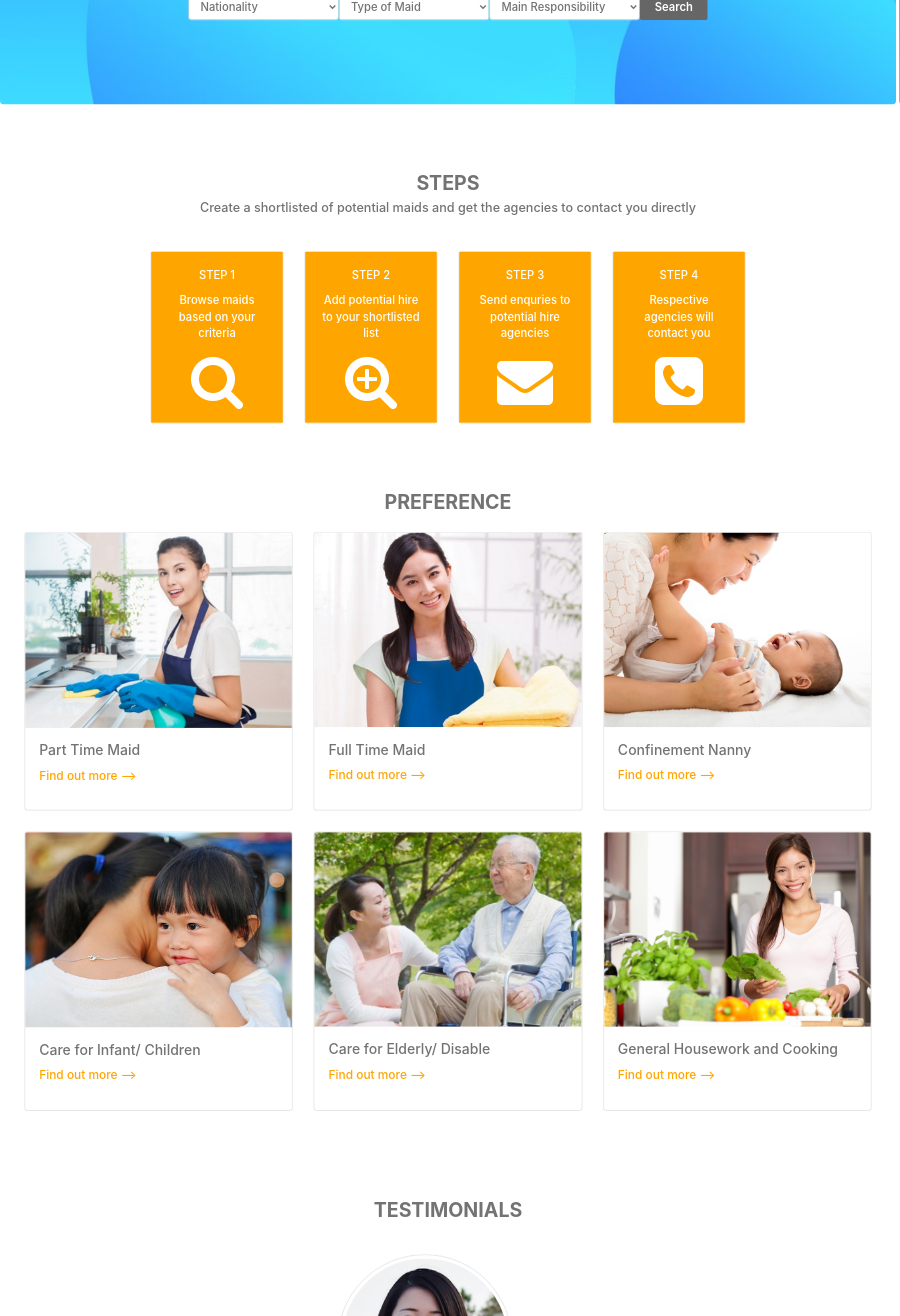
Repository: Code-Institute-Submissions/Project-1---Online-Maid
Page: testimonial.html
The author's editor kept a record of every edit. The page is drawn from the files as they stood at one moment, then again after the next edit.
The browser window is 1280 px wide. The page is 1285 px wide, so the pictures cover 1285 px, including what lies to the right of the window. The pictures show the part of the page from y = 387 to 2267 px (the page is 3351 px tall before and 3411 px after), at 70% of full size.
Some web libraries are served in a nearby version.

Above is the page before.

### testimonial.html
<!DOCTYPE html>
<html lang="en">
<head>
    <meta charset="UTF-8">
    <meta name="viewport" content="width=device-width, initial-scale=1.0">
    <meta http-equiv="X-UA-Compatible" content="ie=edge">
    <link href="https://fonts.googleapis.com/css?family=Roboto:400,700|Open+Sans" rel="stylesheet">
    <link rel="stylesheet" href="https://stackpath.bootstrapcdn.com/bootstrap/4.3.1/css/bootstrap.min.css" type="text/css" />
    <link rel="stylesheet" href="https://stackpath.bootstrapcdn.com/font-awesome/4.7.0/css/font-awesome.min.css" type="text/css" />
    <link rel="stylesheet" href="https://cdnjs.cloudflare.com/ajax/libs/hover.css/2.1.1/css/hover-min.css" type="text/css" />
    <link rel="stylesheet" href="style.css" type="text/css" />
    <title>Online Maid</title>
</head>

<body>

<header>
  <nav class="navbar navbar-expand-lg navbar-light bg-white">
  <a class="navbar-brand" href="#"><img id="logo" class="pl-4 img-fluid d-md-block" src="images/logo.jpg" alt=""></a>
  <button class="navbar-toggler" type="button" data-toggle="collapse" data-target="#navbarSupportedContent" aria-controls="navbarSupportedContent" aria-expanded="false" aria-label="Toggle navigation">
    <span class="navbar-toggler-icon"></span>
  </button>

  <div class="collapse navbar-collapse" id="navbarSupportedContent">
    <ul class="navbar-nav mr-auto">
      <li class="nav-item active">
        <a class="nav-link" href="index.html">Home</a>
      </li>
      <li class="nav-item">
        <a class="nav-link" href="searchMaid.html">Search Maid</a>
      </li>
      <li class="nav-item">
        <a class="nav-link" href="faq.html">FAQ</a>
      </li>
      <li class="nav-item">
        <a class="nav-link" href="enquiry.html">Enquiry</a>
      </li>
    </ul>
  </div>
</nav>
</header>

<article>
  <section>
  <div class="jumbotron">
      <h1 class= "maids-portal">The No 1 Singapore Maid Portal</h1>
      <p class= "getStarted">More than 8000 maids for you to choose<br>Start your search now!</br></p>

      <div class="form-row">
      <div class = "col"></div>

      <div class="nationality col-md-2 px-0">
        <select id="inputState" class="form-control">
        <option selected>Nationality</option>
        <option>Filipino</option>
        <option>Indonesian</option>
        <option>Indian</option>
        <option>Myanmarese</option>
        <option>Others</option>
        <option>No Preference</option>
        </select>
      </div>
      <div class="type-of-maid col-md-2 px-0">
        <select id="inputState" class="form-control">
        <option selected>Type of Maid</option>
        <option>New</option>
        <option>Transfer</option>
        <option>Experience</option>
        <option>No Preference</option>
        </select>
      </div>
      <div class="main-responsibility col-md-2 px-0">
        <select id="inputState" class="form-control">
        <option selected>Main Responsibility</option>
        <option>Cooking </option>
        <option>Care for children</option>
        <option>Care for elderly</option>
        <option>Care for disabled</option>
        <option>General housework</option>
        <option>No Preference</option>
        </select>
      </div>
      <button type="button" class="btn">Search</button>

      <div class = "col"></div>
  </div>
  </div>
  </section>

  <section>
    <h3 class="section-header">STEPS</h3>
    <p class="steps-line">Create a shortlisted of potential maids and get the agencies to contact you directly</p>

    <div class="card-deck four-steps-container ">
      <div class="card">
        <div class="card-body steps-box">
          <p class="card-title steps-box-content">STEP 1</p>
          <p class="card-text steps-box-content">Browse maids based on your criteria</p>
          <i class="steps-box-content fa fa-search fa-5x"></i>
        </div>
      </div>

      <div class="card">
        <div class="card-body steps-box">
          <P class="card-title steps-box-content">STEP 2</P>
          <p class="card-text steps-box-content">Add potential hire to your shortlisted list</p>
          <i class="steps-box-content fa fa-search-plus fa-5x"></i>
        </div>
      </div>

      <div class="card">
        <div class="card-body steps-box">
          <p class="card-title steps-box-content">STEP 3</p>
          <p class="card-text steps-box-content">Send enquries to potential hire agencies</p>
          <i class="steps-box-content fa fa-envelope fa-5x"></i>
        </div>
      </div>

      <div class="card">
        <div class="card-body steps-box">
          <p class="card-title steps-box-content">STEP 4</p>
          <p class="card-text steps-box-content">Respective agencies will contact you</p>
          <i class="steps-box-content fa fa-phone-square fa-5x"></i>
        </div>
      </div>
    </div>
  </section>

  <section>
    <h3 class="section-header">PREFERENCE</h3>

    <div class="card-deck six-choices">
      <div class="card maid-experience">
        <a href="searchMaid.html">
          <img class="card-img-top" src="images/preference/partTime1.jpg" alt="Card image cap">
          <div class="card-body">
          <h5 class="card-title">Part Time Maid</h5>
          <p class="find-out-more">Find out more --></p>
        </div>
        </a>
      </div>

      <div class="card maid-experience">
        <a href="searchMaid.html">
          <img class="card-img-top" src="images/preference/fullTime1.jpg" alt="Card image cap">
          <div class="card-body maid-experience">
            <h5 class="card-title">Full Time Maid</h5>
            <p class="find-out-more">Find out more --></p>
          </div>
        </a>
      </div>

      <div class="card maid-experience">
        <a href="searchMaid.html">
        <img class="card-img-top" src="images/preference/confinement.jpg" alt="Card image cap">
        <div class="card-body maid-experience">
          <h5 class="card-title">Confinement Nanny</h5>
          <p class="find-out-more">Find out more --></p>
        </div>
        </a>
      </div>
    </div>

    <div class="card-deck six-choices">
      <div class="card maid-experience">
        <a href="searchMaid.html">
        <img class="card-img-top" src="images/preference/childrenCare1.jpg" alt="Card image cap">
        <div class="card-body maid-experience">
          <h5 class="card-title">Care for Infant/ Children</h5>
          <p class="find-out-more">Find out more --></p>
        </div>
        </a>
      </div>

      <div class="card maid-experience">
        <a href="searchMaid.html">
        <img class="card-img-top" src="images/preference/elderlyCare1.jpg" alt="Card image cap">
        <div class="card-body maid-experience">
          <h5 class="card-title">Care for Elderly/ Disable</h5>
          <p class="find-out-more">Find out more --></p>
        </div>
        </a>
      </div>

      <div class="card maid-experience">
        <a href="searchMaid.html">
        <img class="card-img-top" src="images/preference/cooking1.jpg" alt="Card image cap">
        <div class="card-body maid-experience">
          <h5 class="card-title">General Housework and Cooking</h5>
          <p class="find-out-more">Find out more --></p>
        </div>
        </a>
      </div>
    </div>

  </section>

  <section>
   <div class="container">
	<div class="row">
		<div class="col-md-8 col-center m-auto">
			<h3 class=section-header testimonial>TESTIMONIALS</h3>
			<div id="myCarousel" class="carousel slide" data-ride="carousel">
				<!-- Carousel indicators -->
				<ol class="carousel-indicators">
					<li data-target="#myCarousel" data-slide-to="0" class="active"></li>
					<li data-target="#myCarousel" data-slide-to="1"></li>
					<li data-target="#myCarousel" data-slide-to="2"></li>
				</ol>
				<!-- testimonial text -->
				<div class="carousel-inner">
					<div class="item carousel-item active">
						<div class="img-box"><img src="images/testimonial/T1a.jpg" alt=""></div>
						<p class="testimonial">Lorem ipsum dolor sit amet, consectetur adipiscing elit. Nam eu sem tempor, varius quam at, luctus dui. Mauris magna metus, dapibus nec turpis vel, semper malesuada ante. Idac bibendum scelerisque non non purus. Suspendisse varius nibh non aliquet.</p>
						<p class="overview"><b>Paula Wilson</b>, Employer</p>
					</div>
					<div class="item carousel-item">
						<div class="img-box"><img src="images/testimonial/T2a.jpg" alt=""></div>
						<p class="testimonial">Vestibulum quis quam ut magna consequat faucibus. Pellentesque eget nisi a mi suscipit tincidunt. Utmtc tempus dictum risus. Pellentesque viverra sagittis quam at mattis. Suspendisse potenti. Aliquam sit amet gravida nibh, facilisis gravida odio.</p>
						<p class="overview"><b>Antonio Moreno</b>, Employer</p>
					</div>
					<div class="item carousel-item">
						<div class="img-box"><img src="images/testimonial/T3a.jpg" alt=""></div>
						<p class="testimonial">Phasellus vitae suscipit justo. Mauris pharetra feugiat ante id lacinia. Etiam faucibus mauris id tempor egestas. Duis luctus turpis at accumsan tincidunt. Phasellus risus risus, volutpat vel tellus ac, tincidunt fringilla massa. Etiam hendrerit dolor eget rutrum.</p>
						<p class="overview"><b>Michael Holz</b>, Employer</p>
					</div>
				</div>
				<!-- Carousel controls -->
				<a class="carousel-control left carousel-control-prev" href="#myCarousel" data-slide="prev">
					<i class="fa fa-angle-left"></i>
				</a>
				<a class="carousel-control right carousel-control-next" href="#myCarousel" data-slide="next">
					<i class="fa fa-angle-right"></i>
				</a>
			</div>
		</div>
	</div>
</div>
  </section>

  <section>
  <div class="row enquiry-container">
    <div class="col-2 enquiry-box-1"></div>

    <div class="col-4 enquiry-box-2">
      <h5 class ="enquiry-header">Let us help you find the most suitable maid</h5>
      <p class ="enquiry-content">OnlineMaid is the leading platform to find maids from local service providers.  Use our platform to shortlist potential maids and get local service providers to furnish you with further details. All service providers are vetted!</p>
      <button type="button" class="btn enquiry-btn">Get Started Here</button>
    </div>

    <div class="col-4 enquiry-box-3">
      <div class="row picture-container">

        <div class="col-4 picture-col-1">
          <img class="card-img-top-1" src="images/enquiry/1a.jpg" alt="Card image cap">
          <img class="card-img-top-2" src="images/enquiry/2a.jpg" alt="Card image cap">
        </div>

        <div class="col-4 picture-col-2">
          <img class="card-img-top-3" src="images/enquiry/3a.jpg" alt="Card image cap">
          <img class="card-img-top-4" src="images/enquiry/4a.jpg" alt="Card image cap">
        </div>

        <div class="col-4 picture-col-3">
          <img class="card-img-top-5" src="images/enquiry/5a.jpg" alt="Card image cap">
          <img class="card-img-top-6" src="images/enquiry/6a.jpg" alt="Card image cap">
          <img class="card-img-top-7" src="images/enquiry/7a.jpg" alt="Card image cap">
        </div>
      </div>
  </div>

    <div class="col-2 enquiry-box-4"></div>
  </div>
  </section>
</article>


<footer class="page-footer font-small footer-style pt-4">
  <div class="container-fluid text-center text-md-left">
    <div class="row d-flex justify-content-around">

      <div class=" footer-left col-md-3 mt-md-0 mt-3">
        <p class="footer-content">Reach us @ +65 8200 6162</p>
        <p class= "footer-content">sales@onlinemaid.com.sg</p>

        <!-- social -->
        <a href="#" class="social so1 fa fa-facebook"></a>
        <a href="#" class="social fa fa-twitter"></a>
        <a href="#" class="social fa fa-google-plus"></a>
        <a href="#" class="social fa fa-linkedin"></a>
        <a href="#" class="social fa fa-pinterest"></a>
      </div>

      <div class="col-md-3 mb-md-0 mb-3">
        <ul class="list-unstyled">
          <li>
            <a href="index.html">Home</a>
          </li>
          <li>
            <a href="searchMaid.html">Search Maid</a>
          </li>
          <li>
            <a href="faq.html">FAQ</a>
          </li>
          <li>
            <a href="enquiry.html">Enquiry</a>
          </li>
        </ul>
      </div>

      <div class="col-md-3 mb-md-0 mb-3">
        <ul class="list-unstyled">
          <li>
            <a href="searchMaid.html">Agency log In</a>
          </li>
          <li>
            <a href="searchMaid.html">Agency Signed Up</a>
          </li>
        </ul>
      </div>

    </div>
  </div>

  <div class="footer-copyright text-center py-3">© 2019 Copyright OnlineMaid.  All Rights Reserved</div>
</footer>



<
    <script src="https://code.jquery.com/jquery-3.3.1.slim.min.js" integrity="sha384-q8i/X+965DzO0rT7abK41JStQIAqVgRVzpbzo5smXKp4YfRvH+8abtTE1Pi6jizo" crossorigin="anonymous"></script>
    <script src="https://cdnjs.cloudflare.com/ajax/libs/popper.js/1.14.7/umd/popper.min.js" integrity="sha384-UO2eT0CpHqdSJQ6hJty5KVphtPhzWj9WO1clHTMGa3JDZwrnQq4sF86dIHNDz0W1" crossorigin="anonymous"></script>
    <script src="https://stackpath.bootstrapcdn.com/bootstrap/4.3.1/js/bootstrap.min.js" integrity="sha384-JjSmVgyd0p3pXB1rRibZUAYoIIy6OrQ6VrjIEaFf/nJGzIxFDsf4x0xIM+B07jRM" crossorigin="anonymous"></script>
</body>
</html>

### style.css
/*@import url('https://fonts.googleapis.com/css?family=Roboto:100,200,300,400,500,600,700|Exo:100,200,300,400,500,600,700');*/

/*overall*/
*{
    padding: 0;
    margin: 0;
    box-sizing: border-box;
    color: #737373;
    font-weight: 500;
}



/*header*/
#logo {
    height: 50px;
    max-width:100%;
}

.active{
     font-size: 25px;
}

.nav-item{
    padding: 0px 20px;
    font-weight:600;
    font-size: 18px;

}

.nav-link {
        color: #0571bb !important;
}

.active .nav-link {
   color: #234c7a !important;
   font-weight: bold;
}

/*footer*/
.footer-style{
    background: #666666;
}


.footer-content,
.social,
.footer-copyright,
.list-unstyled a {
    color: white;
}


.footer-left a:hover,
.list-unstyled a:hover {
   color:orange;
}


.list-unstyled a {
   text-decoration: none;
}



/*Section 1-jumbotron*/
.jumbotron {
    background-image: url("images/banner.jpg");
    background-size: cover;
    color: white;
    padding : 120px 0px;
    /*margin-bottom: 10px;*/
     }

.maids-portal,
.getStarted{
   text-align: center;
    font-weight: 600;
    color: white;
}


.getStarted{
    font-size: 20px;
}


.form-row {
    padding: 50px 0px 0px 0px;
}


.form-control {
    color: #737373;
    font-weight: 500;
}


.btn {
    background-color: #666666;
    color: white;
    padding: 0px 20px;
    font-weight: 600;
}


.btn:hover {
    color: orange;
}



/*section 2 - 4 Steps*/
.section-header{
    text-align: center;
    margin: 100px 0px 10px 0px ;
    line-height: 25px;
    font-weight: 700;
    position: relative;
}


.steps-line{
    text-align: center;
    /*margin: 20px;*/
    padding: 0px;
    line-height: 25px;
    font-size: 18px;
}


.four-steps-container {
    margin: 50px 200px 100px 200px;
}


.steps-box {
    background-color: orange;
    text-align: center;
    font-weight: 500;
    color: white;
}


.steps-box-content {
    color: white;
}


.i{
    font-size: 100px;
}



/*index.html section 3*/
.six-choices {
   margin: 30px 20px 30px 20px;
}


.maid-experience a:hover{
    text-decoration: none;
}


.maid-experience p {
    color: orange;
    font-size: 17px;
}



/*section 4 - enquiry-box*/
.enquiry-container {
    min-height: 350px;
    background-color: #999999;
    color: white;
    margin: 80px 0px 0px;
    padding: 0px;
}


.enquiry-header {
    margin: 70px 90px 20px ;
    color: white;
}


.enquiry-content {
 font-size: 16px;
 margin: 0 90px 10px;
 color: white;
}


.enquiry-btn{
    background: orange;
    color: white;
    padding: 5px 10px;
    margin: 20px 90px 0px;
    font-weight: 600
}


.enquiry-btn:hover{
    color: #595959;
}


.card-img-top-1,
.card-img-top-3,
.card-img-top-5,
.card-img-top-6{
    padding: 0px;
    margin: 0px 0px 25px 0px;
    border: none;
}



/*searchMaid Jumbotron*/

.searchMaid-jumbotron {
   background-image: url("images/banner.jpg");
    background-size: cover;
    color: white;
    padding : 20px 0px 20px 50px;
    margin-bottom: 30px;
     }


.searchMaid-header{
    color: white;
}


.filter {
    margin: 10px 20px 20px 0px;
    padding: 0px;
    color: #737373;
}


.filter-dropdown-box{
    height: 50px;
}


.bio-container {
    margin: 70px 0px 0px 0px;
}


.maid-name{
    font-size: 20px;
    font-weight: 700;
}


.small-label{
    font-size:13px;
    margin: 7px 0px;
}

.big-label{
    margin: 0px;
    padding: 0px;
}

.name-and-country,
.age-marital-status,
.maid-type,
.agency-name{
   padding: 0px 0px 5px 10px;
   margin: 0px 10px 2px;
   border-bottom-color: #e6e6e6;
   border-top:none;
}


.bio-btn{
    padding: 7px 0px;
    margin: 5px 10px;
    border: 0px;
    background: orange;
    font-weight: 600
}


.bio-btn:hover{
    color: #595959;
}


.pagination-margin{
    margin: 50px 0px 0px;
}


/*section 5 - testimonial*/
.carousel {
	margin: 50px auto;
	padding: 0 70px;
}

.carousel .item {
	/*color: #999;*/
	font-size: 14px;
    text-align: center;
	overflow: hidden;
    min-height: 290px;
}


.carousel .item .img-box {
	width: 250px;
	height: 250px;
	margin: 0 auto;
	padding: 5px;
	border: 1px solid #ddd;
	border-radius: 50%;
}


.carousel .img-box img {
	width: 100%;
	height: 100%;
	display: block;
	border-radius: 50%;
}


.carousel .testimonial {
	padding: 30px 0 10px;
}


.carousel .overview {
	font-style: italic;
}


.overview b {
	text-transform: uppercase;
	color: #7AA641;
}
.carousel .carousel-control {
	width: 40px;
    height: 40px;
    margin-top: -20px;
    top: 50%;
	background: none;
}
.carousel-control i {
    font-size: 68px;
	line-height: 42px;
    position: absolute;
    display: inline-block;
	color: rgba(0, 0, 0, 0.8);
    text-shadow: 0 3px 3px #e6e6e6, 0 0 0 #000;
}
.carousel .carousel-indicators {
	bottom: -40px;
}


.carousel-indicators li, .carousel-indicators li.active {
	width: 10px;
	height: 10px;
	margin: 1px 3px;
	border-radius: 50%;
}


.carousel-indicators li {
	background: #999;
	border-color: transparent;
	box-shadow: inset 0 2px 1px rgba(0,0,0,0.2);
}


.carousel-indicators li.active {
	background: #555;
	box-shadow: inset 0 2px 1px rgba(0,0,0,0.2);
}

After the next edit:
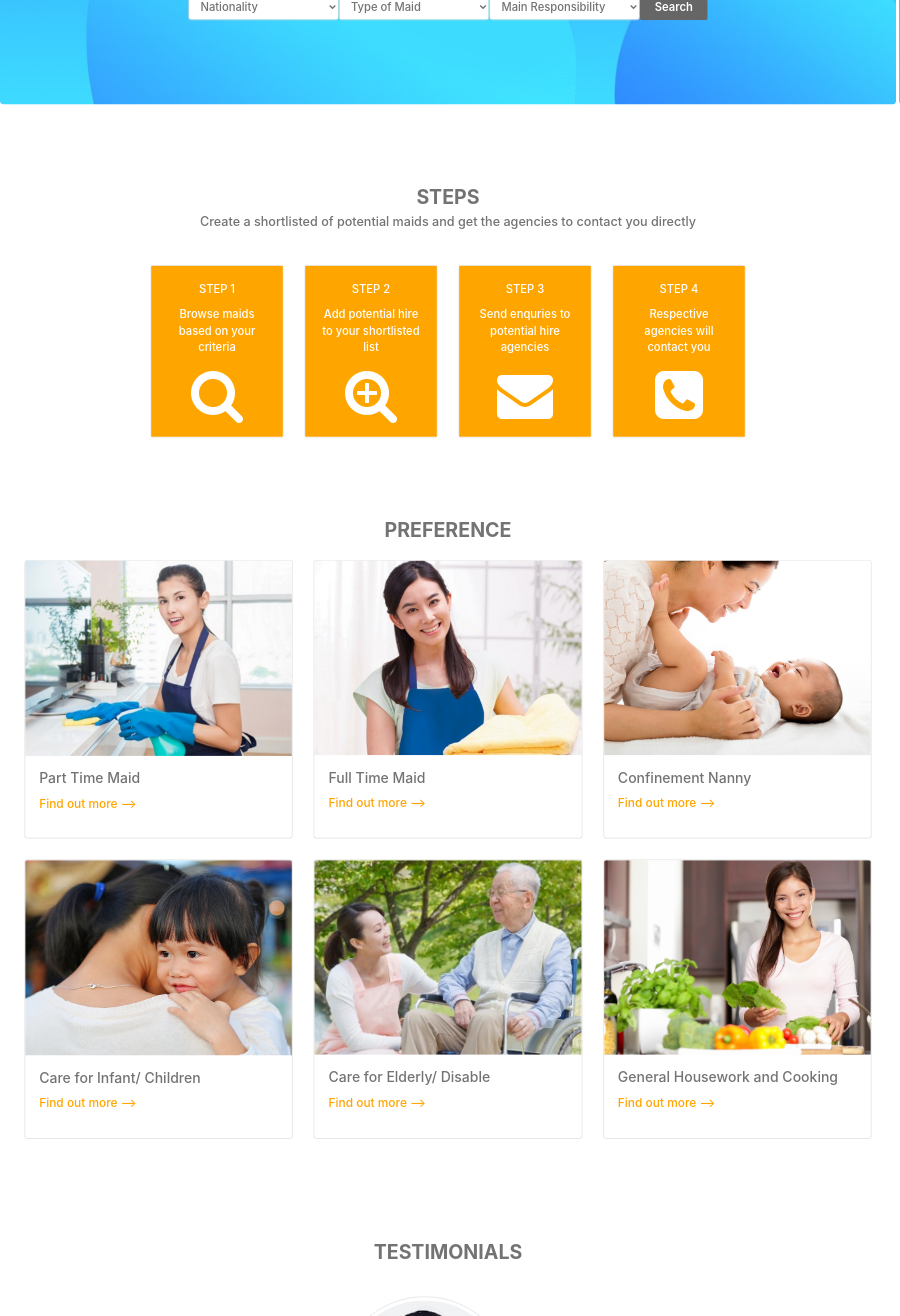
The edit:
--- a/style.css
+++ b/style.css
@@ -113,7 +113,7 @@
 /*section 2 - 4 Steps*/
 .section-header{
     text-align: center;
-    margin: 100px 0px 10px 0px ;
+    margin: 120px 0px 10px 0px ;
     line-height: 25px;
     font-weight: 700;
     position: relative;
